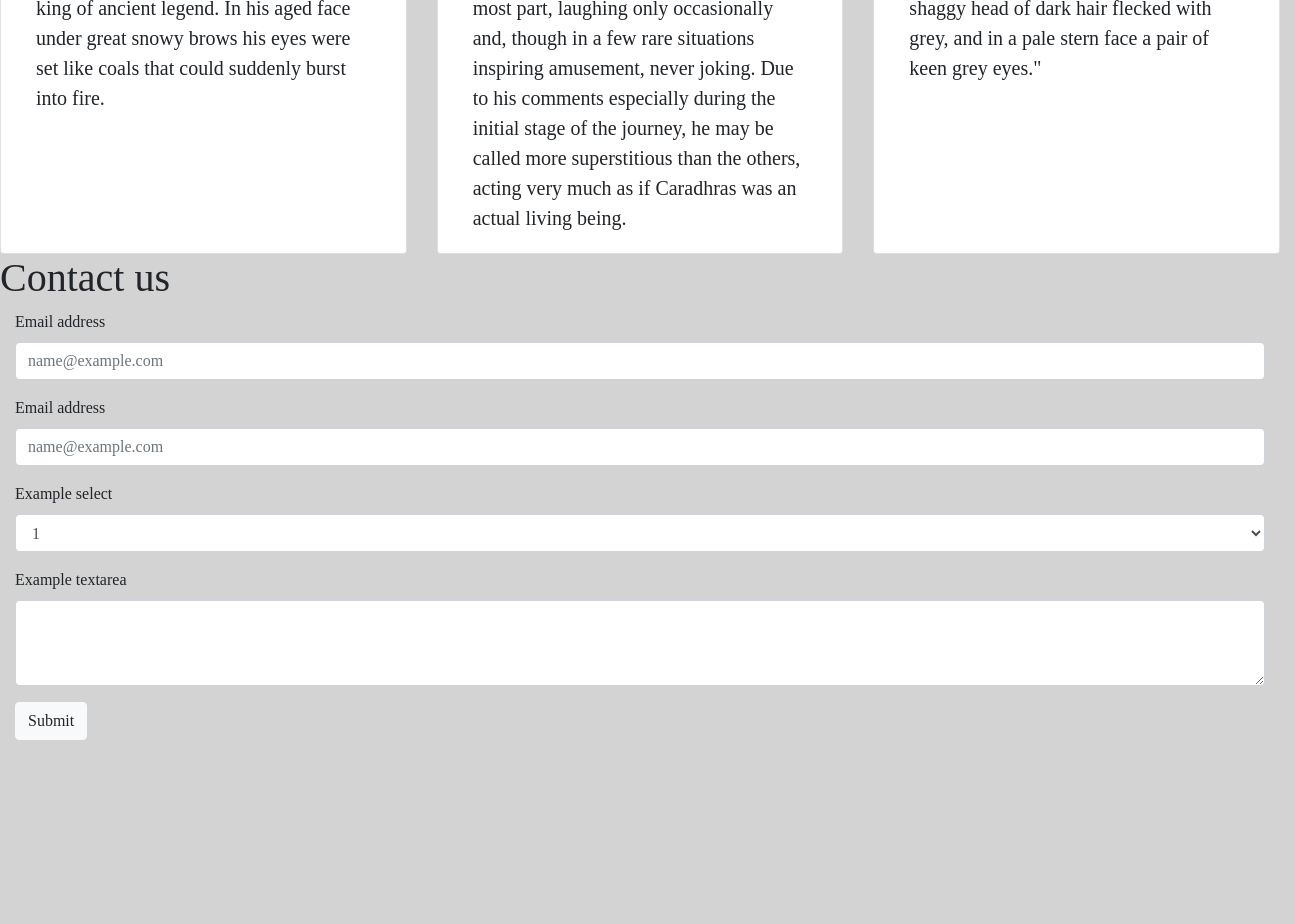
Repository: Khaleddwm/FindThePrecious
Page: index.html
An editor plug-in stored every save of this project. The page is shown before and after the next save, followed by the edit.
The browser window is 1280 px wide. The page is 1295 px wide, so the pictures cover 1295 px, including what lies to the right of the window. The pictures show the part of the page from y = 1606 to 2530 px (the page is 2530 px tall before and 2514 px after).
Some web fonts or font styles are not loaded; a fallback is used.

Above is the page before, as saved 2020-05-24 16:59:09.

After the next save:
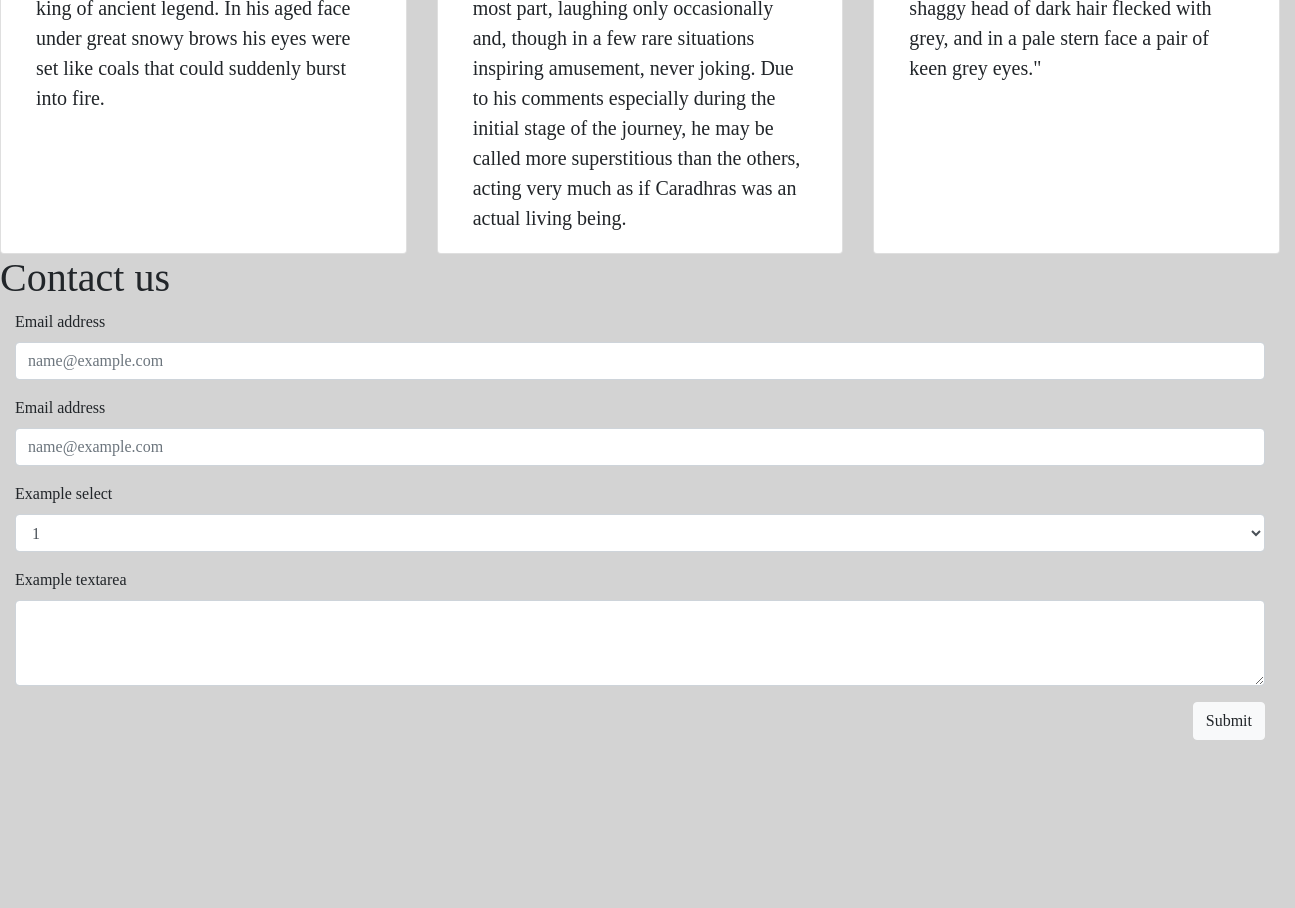
Saved 47 min 24 s later.
--- a/style.css
+++ b/style.css
@@ -62,3 +62,7 @@ img {
     text-align: center;
     background-color: lightgray;
 }
+
+button {
+    float: right;
+}
